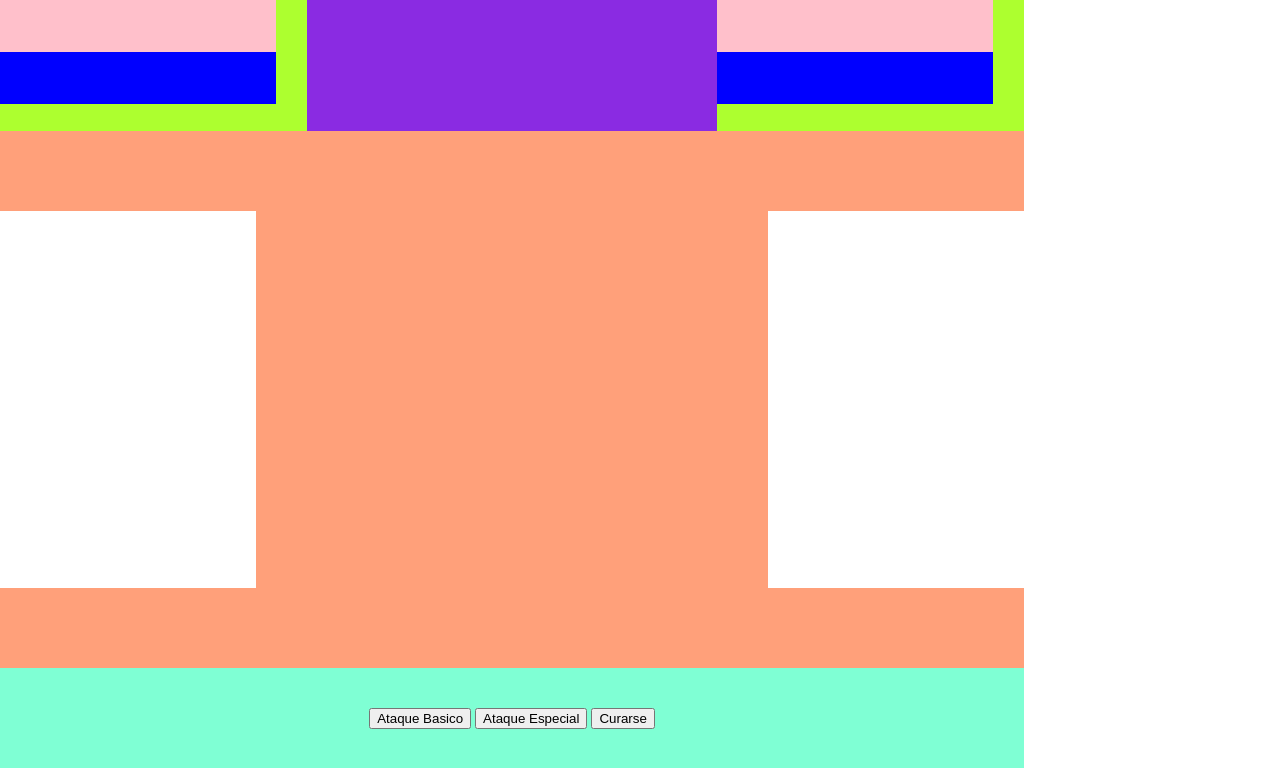
Repository: NovaDuel/novaduel-game
Page: index.html
The author's editor kept a copy of each file at every save. The page is drawn from the files as they stood at one save, then again after the next save.
The browser window is 1280 px wide. The pictures show the whole page.

Above is the page before, as saved 2024-03-25 09:57:14.

After the next save:
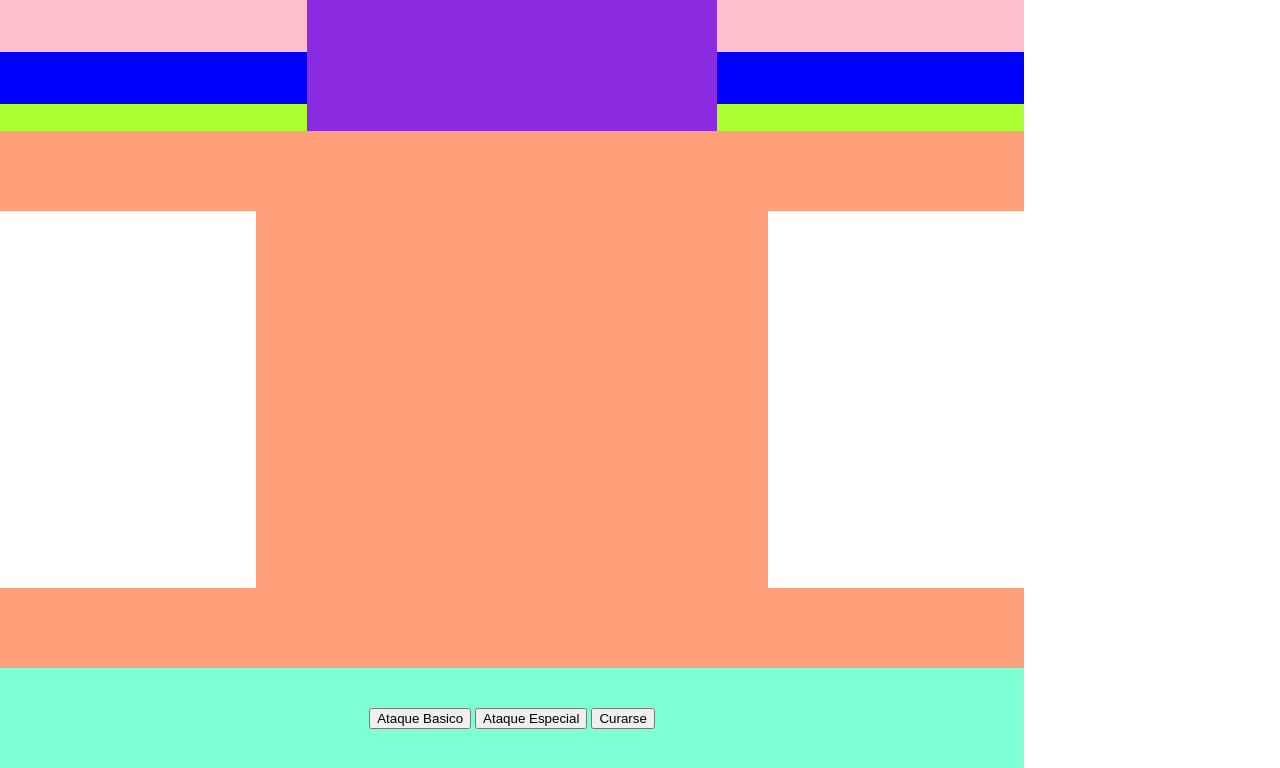
Saved 25 s later.
--- a/style.css
+++ b/style.css
@@ -25,13 +25,13 @@ body {
 }
 
 .health {
-    width: 90%;
+    width: 100%;
     height: 40%;
     background-color: pink;
 }
 
 .stamina {
-    width: 90%;
+    width: 100%;
     height: 40%;
     background-color: blue
 }
